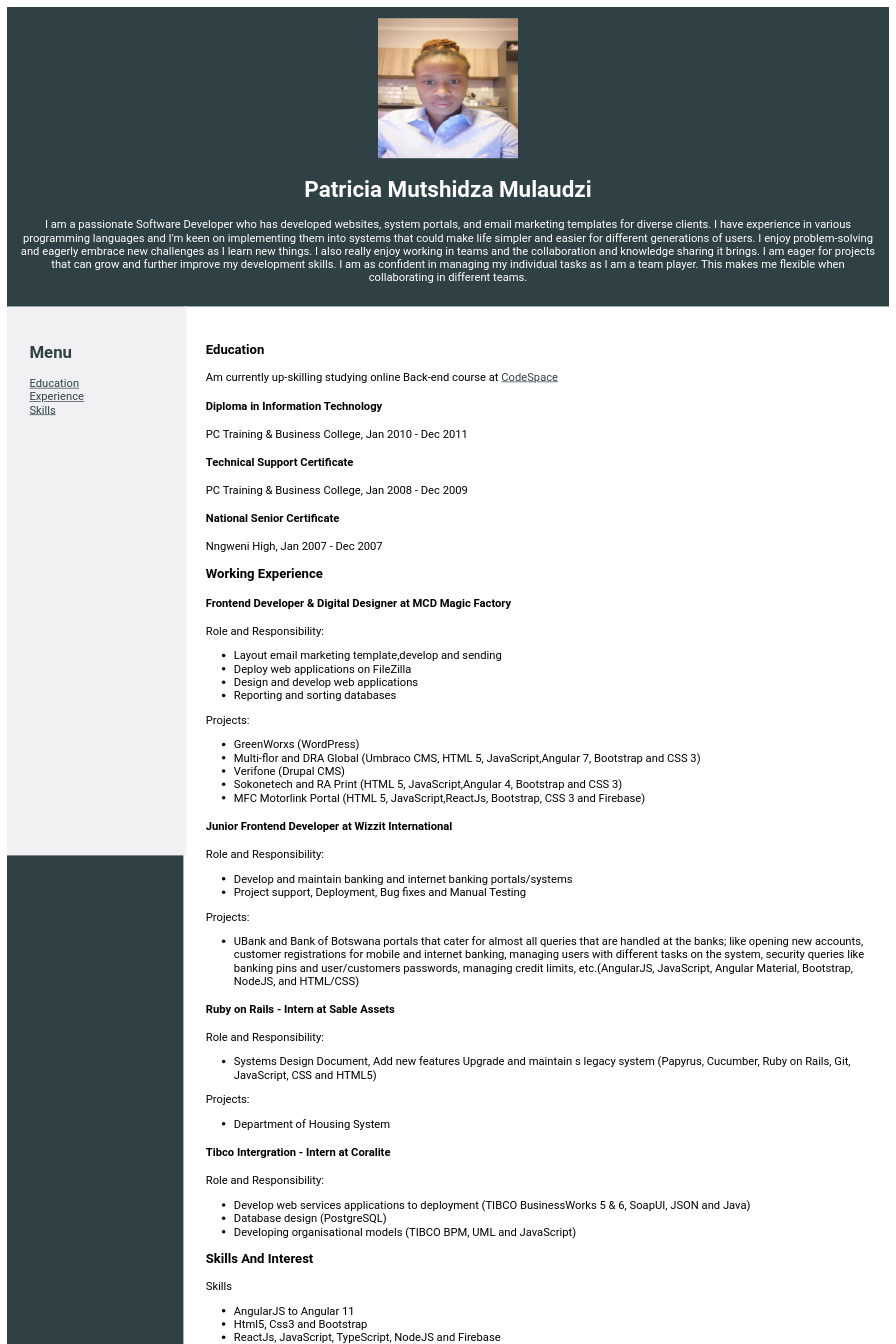
Repository: Patricious/Digital-Resume-01
Page: index.html
An editor plug-in stored every save of this project. The page is shown before and after the next save, followed by the edit.
The browser window is 1280 px wide. The pictures show the part of the page from y = 0 to 1920 px (the page is 2435 px tall before and 2342 px after), at 70% of full size.
A picture or video elsewhere on the page could not be fetched, so the positions and the page height are approximate.

Above is the page before, as saved 2021-08-23 10:52:53.

### index.html
<!DOCTYPE html>
<html>

<head>
    <title>Patricia Digital Resume</title>
    <link rel="stylesheet" type="text/css" href="css/stylesheet.css">
</head>

<body>

    <header>
        <img src="img/IMG_20200502_085519.jpg" alt="profile" width="200" height="200" />
        <h1>Patricia Mutshidza Mulaudzi</h1>
        <p>I am a passionate Software Developer who has developed websites, system portals, and email marketing templates for diverse clients. I have experience in various programming languages and I'm keen on implementing them into systems that could make
            life simpler and easier for different generations of users. I enjoy problem-solving and eagerly embrace new challenges as I learn new things. I also really enjoy working in teams and the collaboration and knowledge sharing it brings. I am
            eager for projects that can grow and further improve my development skills. I am as confident in managing my individual tasks as I am a team player. This makes me flexible when collaborating in different teams.</p>
    </header>
    <aside>
        <h2>Menu</h2>
        <ul class="nav">
            <li>
                <a href="#education">Education</a>
            </li>
            <li>
                <a href="#experience">Experience</a>
            </li>
            <li>
                <a href="#skills">Skills</a>
            </li>

        </ul>
    </aside>
    <section>
        <article>
            <h3 id="#education"> <span>Education</span>
            </h3>
            <p> Am currently up-skilling studying online Back-end course at
                <a href="https://www.codespace.co.za/courses/?matchtype=b&device=c&keyword=codespace&adgroupid=81088003381&utm_campaign=8148639553&utm_source=google&utm_medium=cpc&gclid=EAIaIQobChMIkP_7q8bG8gIV1uvtCh0w7A1-EAAYASAAEgL34vD_BwE"> CodeSpace</a>
            </p>

            <h4>Diploma in Information Technology </h4>

            <p>PC Training & Business College, Jan 2010 - Dec 2011</p>
            <h4>Technical Support Certificate </h4>


            <p>PC Training & Business College, Jan 2008 - Dec 2009</p>

            <h4>National Senior Certificate</h4>


            <p>Nngweni High, Jan 2007 - Dec 2007</p>


            <h3 id="#experience"> Working Experience</h3>
            <h4>Frontend Developer & Digital Designer at MCD Magic Factory
            </h4>
            <p>Role and Responsibility:</p>
            <ul>
                <li>Layout email marketing template,develop and sending</li>
                <li> Deploy web applications on FileZilla</li>
                <li>Design and develop web applications</li>
                <li>Reporting and sorting databases</li>
            </ul>
            <p>Projects:</p>
            <ul>
                <li>GreenWorxs (WordPress)</li>
                <li>Multi-flor and DRA Global (Umbraco CMS, HTML 5, JavaScript,Angular 7, Bootstrap and CSS 3)</li>
                <li>Verifone (Drupal CMS)</li>
                <li>Sokonetech and RA Print (HTML 5, JavaScript,Angular 4, Bootstrap and CSS 3)</li>
                <li>MFC Motorlink Portal (HTML 5, JavaScript,ReactJs, Bootstrap, CSS 3 and Firebase)</li>
            </ul>

            <h4>Junior Frontend Developer at Wizzit International
            </h4>
            <p>Role and Responsibility:</p>
            <ul>
                <li>Develop and maintain banking and internet banking portals/systems</li>
                <li>Project support, Deployment, Bug fixes and Manual Testing</li>

            </ul>
            <p>Projects:</p>
            <ul>
                <li>UBank and Bank of Botswana portals that cater for almost all queries that are handled at the banks; like opening new accounts, customer registrations for mobile and internet banking, managing users with different tasks on the system, security
                    queries like banking pins and user/customers passwords, managing credit limits, etc.(AngularJS, JavaScript, Angular Material, Bootstrap, NodeJS, and HTML/CSS)</li>
            </ul>

            <h4>Ruby on Rails - Intern at Sable Assets
            </h4>
            <p>Role and Responsibility:</p>
            <ul>
                <li>Systems Design Document, Add new features Upgrade and maintain s legacy system (Papyrus, Cucumber, Ruby on Rails, Git, JavaScript, CSS and HTML5)</li>

            </ul>
            <p>Projects:</p>
            <ul>
                <li>Department of Housing System</li>
            </ul>

            <h4>Tibco Intergration - Intern at Coralite
            </h4>
            <p>Role and Responsibility:</p>
            <ul>
                <li>Develop web services applications to deployment (TIBCO BusinessWorks 5 & 6, SoapUI, JSON and Java)
                </li>
                <li>Database design (PostgreSQL)</li>
                <li>Developing organisational models (TIBCO BPM, UML and JavaScript)</li>
            </ul>


            <h3 id="#skills">Skills And Interest</h3>
            <p>Skills</p>
            <ul>
                <li>AngularJS to Angular 11</li>
                <li>Html5, Css3 and Bootstrap</li>
                <li>ReactJs, JavaScript, TypeScript, NodeJS and Firebase</li>
                <li>Adobe Photoshop, Dreamweaver, XD and InDesign</li>
            </ul>
            <p>Interest </p>
            <ul>
                <li>Travelling and outdoor activities</li>
            </ul>
        </article>
    </section>
    <footer>
        <h2>Contact Details</h2>
        <a href="https://www.linkedin.com/in/patricia-mulaudzi-93b526101/"><img src="In.jpeg" alt="LinkedIN"></a>
        <a href=""><img src="fb.png" alt="Facebook"></a>
        <a href="mailto:mulaudzi689@gmail.com"><img src="Gm.png" alt="Gmail"></a>
    </footer>
</body>

</html>

### css/stylesheet.css
body {
    font-family: 'Roboto', sans-serif;
    font-size: 100%;
    background-color: #ffffff;
    margin: 10px;
}

header {
    text-align: center;
    background-color: #304145;
    color: #ffffff;
    padding: 1em;
}

aside {
    background-color: #F1F1F3;
    color: #304145;
    width: 15%;
    padding: 2em;
    height: 100%;
    float: left;
    position: absolute;
    flex: 0 0 auto;
}

.nav {
    list-style-type: none;
    margin: 0;
    padding: 0;
}

a {
    color: #304145;
}

section {
    float: right;
    margin-left: 20%;
    background-color: #ffffff;
    flex: 1 1 auto;
    padding: 2em;
}

footer {
    background-color: #304145;
    text-align: center;
    color: #ffffff;
    padding: 1em;
}

After the next save:
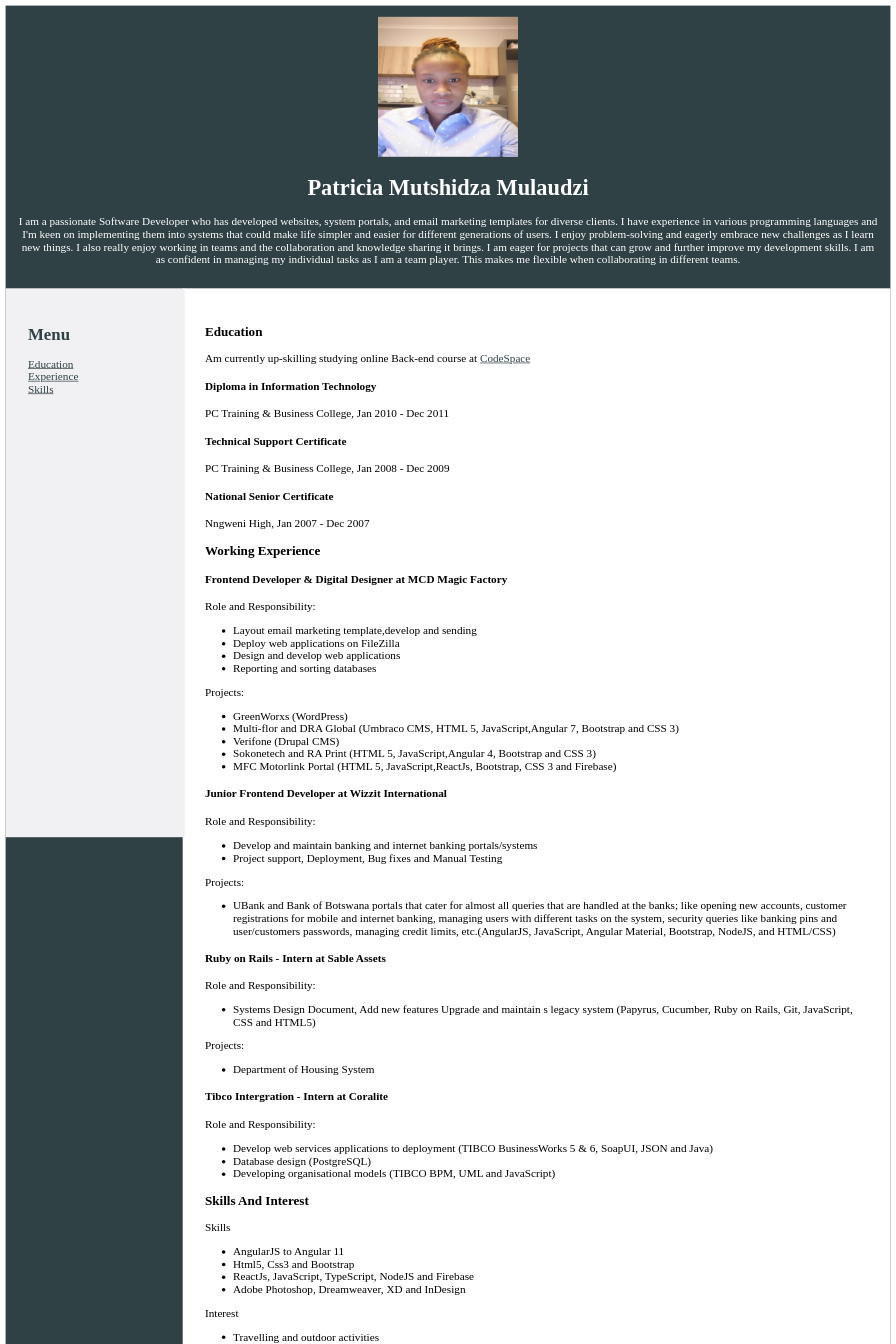
Saved 56 s later.
--- a/css/stylesheet.css
+++ b/css/stylesheet.css
@@ -1,4 +1,4 @@
-body {
+bod y {
     font-family: 'Roboto', sans-serif;
     font-size: 100%;
     background-color: #ffffff;

After the save that followed:
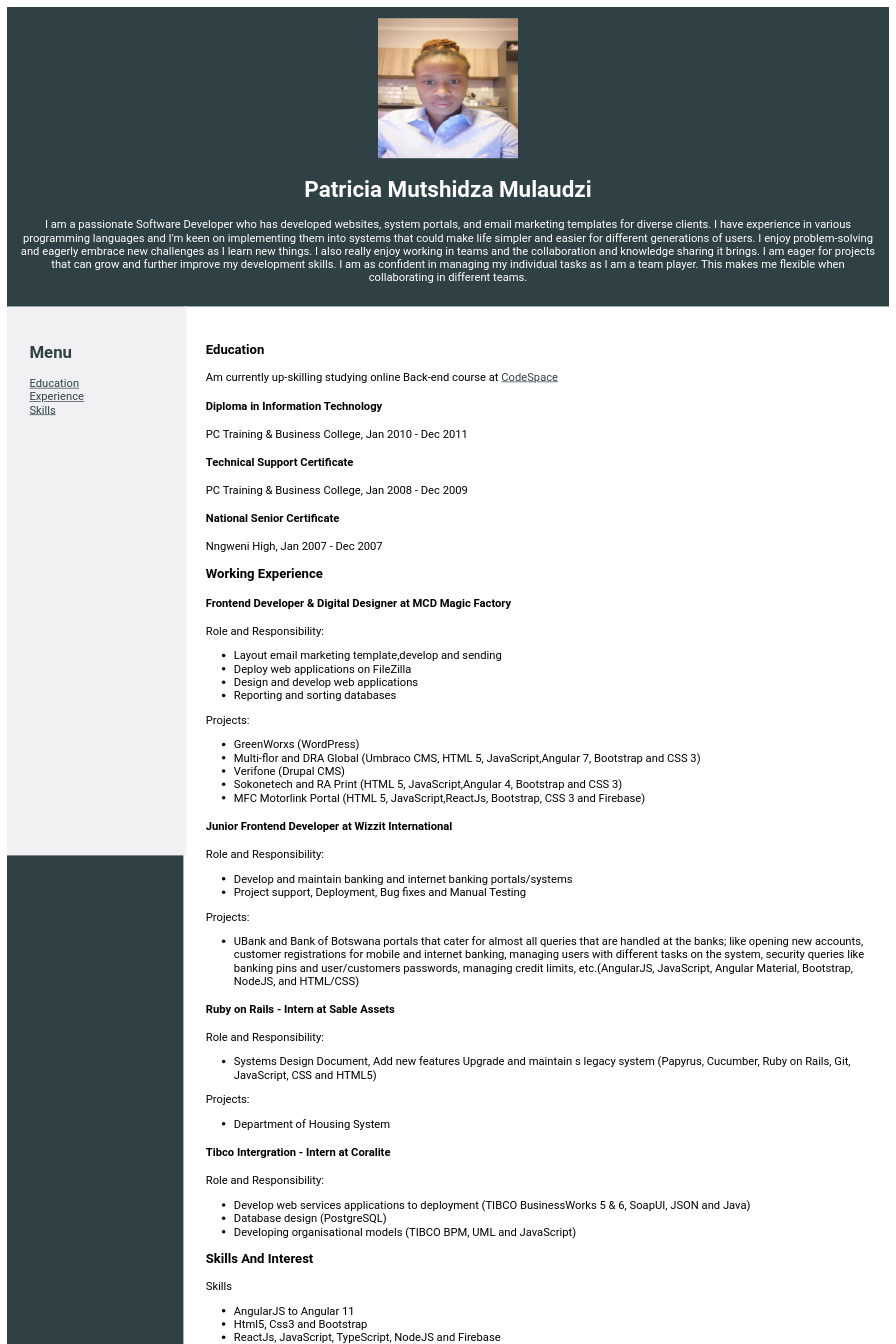
Saved 4 s later.
--- a/css/stylesheet.css
+++ b/css/stylesheet.css
@@ -1,4 +1,4 @@
-bod y {
+body {
     font-family: 'Roboto', sans-serif;
     font-size: 100%;
     background-color: #ffffff;
